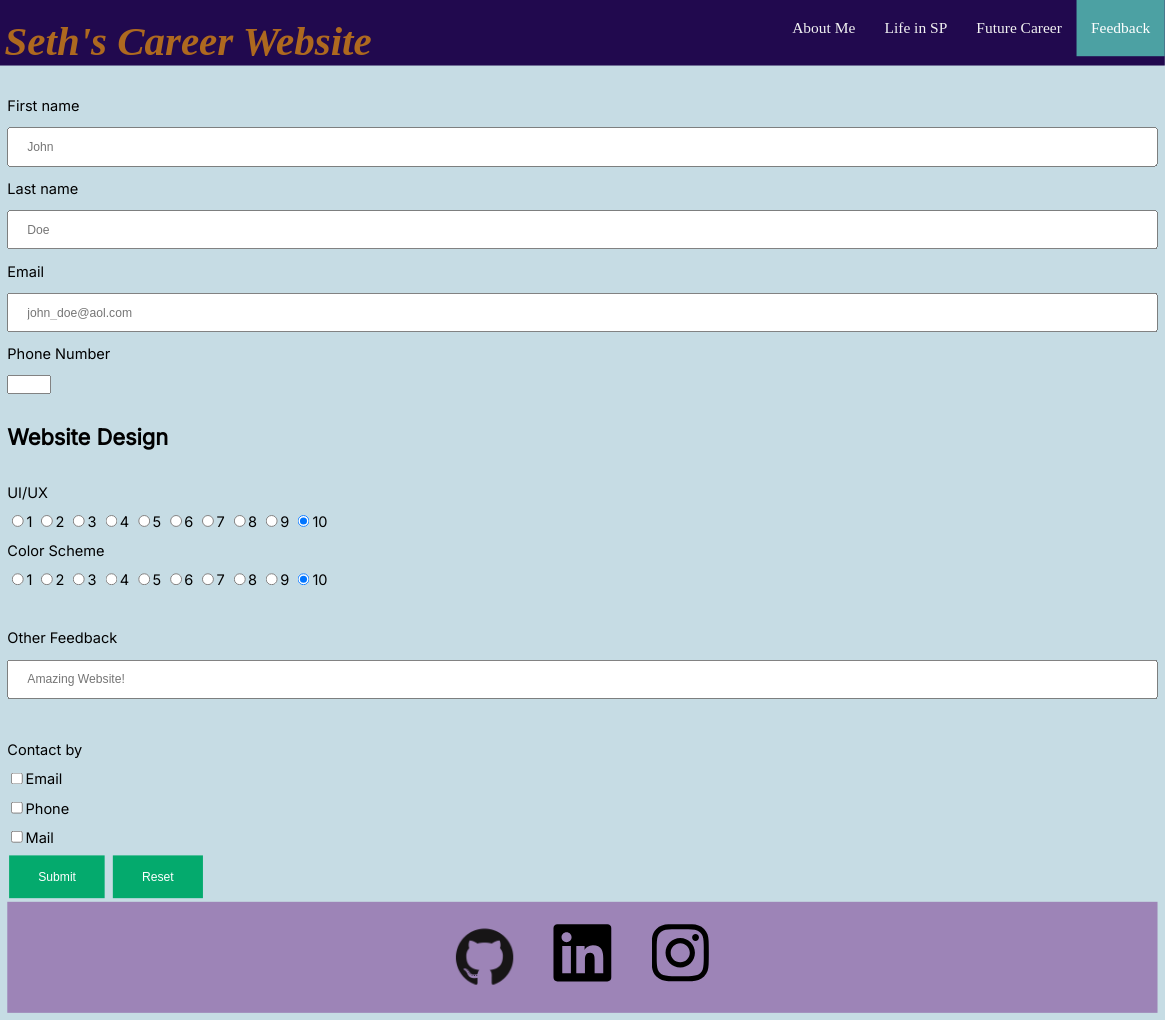
Repository: idkSeth/SP-FED-Website
Page: feedback.html
The author's editor kept a record of every edit. The page is drawn from the files as they stood at one moment, then again after the next edit.
The browser window is 1280 px wide. The pictures show the whole page, at 91% of full size.
Some web fonts or font styles are not loaded; a fallback is used.

Above is the page before.

After the next edit:
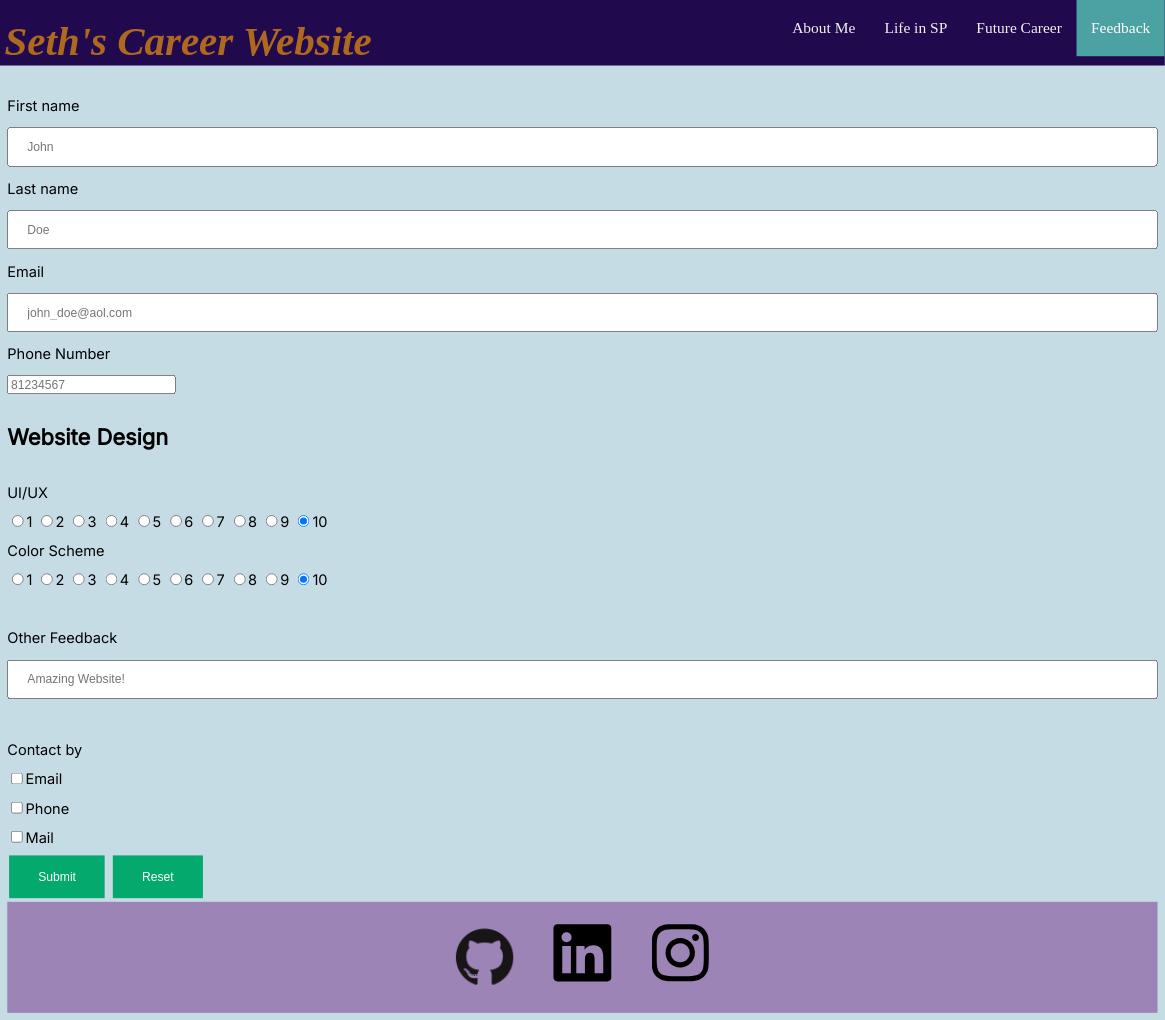
The edit:
--- a/feedback.html
+++ b/feedback.html
@@ -32,7 +32,7 @@
             <label for="email">Email</label> <br>
             <input type="email" id="email" name="email" placeholder="john_doe@aol.com" required> <br>
             <label for="phone">Phone Number</label> <br>
-            <input type="number" id="phone" name="phone" min="8" max="8" required>
+            <input type="tel" id="phone" name="phone"  pattern="[8-9]{1}[0-9]{7}" placeholder="81234567" required>
 
 
 
